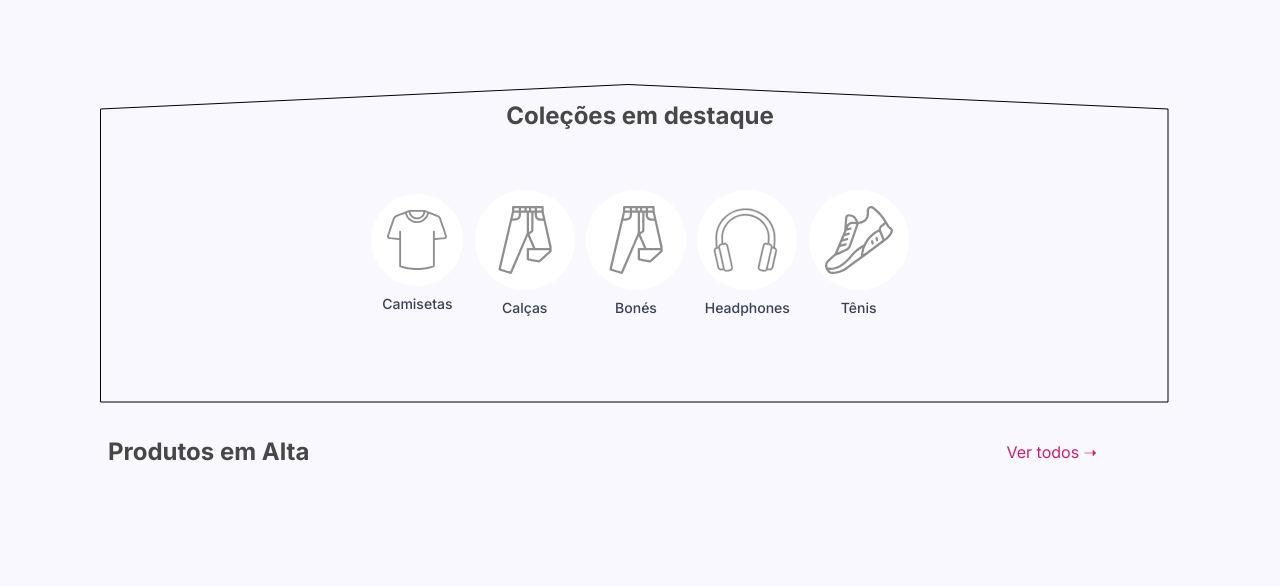
Repository: gimoli/loja-digital
Page: index.html
The author's editor kept a copy of each file at every save. The page is drawn from the files as they stood at one save, then again after the next save.
The browser window is 1280 px wide. The pictures show the part of the page from y = 1294 to 1880 px (the page is 1880 px tall).

Above is the page before, as saved 2025-04-25 14:56:34.

### index.html
<!DOCTYPE html>
<html lang="pt-br">
<head>
    <meta charset="UTF-8">
    <meta name="viewport" content="width=device-width, initial-scale=1.0">
    <title>Digital Store</title>
    <link href="./style.css" rel="stylesheet">
    <script src="https://cdn.jsdelivr.net/npm/@tailwindcss/browser@4"></script>
    <link rel="shortcut icon" href="/assets/Logo-Digital.svg" type="image/x-icon">
</head>
<body>
<header class="flex flex-col gap-12 px-[108px] py-[38px]">
    <div class="flex items-center justify-between">
        <div class="flex gap-1">
            <img src="/assets/Logo-Digital.svg" alt="Logo da Digital Store">
            <h1 class="text-4xl text-(--primary-color) font-semibold">Digital Store</h1>
        </div>
        <input type="text" placeholder="Pesquisar produto..." class="bg-(--light-gray-3) py-2 px-3 rounded-lg ml-40 mr-14
         bg-[url(/assets/search.svg)] bg-no-repeat bg-right focus:placeholder-transparent w-[560px] focus:outline-none"/>
        <div>
            <a href="#" class="bg-(--primary-color) text-white rounded-lg px-7 py-3 font-bold text-sm">
                Entrar
            </a>
        </div>
        <div class="relative">
            <img src="/assets/Carrinho-preto.svg" alt="Imagem de um carrinho de compras">
            <div class="flex justify-center items-center absolute bg-(--tertiary-color) text-white font-bold text-xs rounded-full w-[18px] h-[18px] bottom-[15px] left-3">
                2
            </div>
        </div>
    </div>
    </div>
    <nav class="pl-32">
        <ul class="flex gap-6 text-(--dark-gray-2)">
            <li class="hover:text-(--primary-color) hover:font-bold">
                <a href="#">
                Home
            </a>
        </li>
            <li class="hover:text-(--primary-color) hover:font-bold">
                <a href="#">
                Produtos
            </a>
        </li>
            <li class="hover:text-(--primary-color) hover:font-bold">
                <a href="#">
                Categorias
            </a>
        </li>
            <li class="hover:text-(--primary-color) hover:font-bold">
                <a href="#">
                Meus Pedidos
            </a>
        </li>
        </ul>
    </nav>
</header>
<main>
    <section class="flex px-[108px] bg-(--light-gray-3) py-[78px] h-[680px] relative">
        <div class="flex flex-col gap-5 w-[466px]">
            <p class="text-(--warnig-color) font-bold">
                Melhores ofertas personalizadas
            </p>
            <h2 class="font-extrabold text-6xl">
                Queima de estoque Nike 🔥
            </h2>
            <p class="text-(--dark-gray-2) text-lg">
                Consequat culpa exercitation mollit nisi excepteur do do tempor laboris eiusmod irure consectetur.
            </p>
            <a href="#" class="flex items-center justify-center bg-(--primary-color) text-(--light-gray-3) font-bold w-[210px] h-[48px] rounded-lg">
                Ver Ofertas
            </a>
        </div>
        <img src="/assets/White-Sneakers-PNG-Clipart 1.svg" alt="Foto de um tenis branco" class="absolute right-28 bottom-8"/>
        <img src="/assets/ornament.svg" alt="Firula do site - by wendell" class="absolute top-12 right-8">
    </section>

    <section class="flex flex-col gap-15 px-[108px] py-[42px] bg-(--sec-color)">
        <div class="flex flex-col gap-10">
            <h4 class="text-(--dark-gray-2) font-bold text-2xl">
                Coleções em destaque
            </h4>
            <ul class="grid grid-cols-3 gap-3.5 h-68">
                <li  class="flex bg-[#D8E3F2] pl-8 pt-8 rounded-md relative bg-[url(/assets/star-wars-shirt-pic.svg)] bg-no-repeat bg-bottom-right">
                    <div class="w-1/2 z-10">
                    <p class="bg-[#E7FF86] rounded-4xl font-bold text-(--dark-gray-2) w-[96px] text-center py-1.5 text-sm">
                        30% OFF
                    </p>
                    <h5 class="font-bold text-(--dark-gray) text-4xl mt-2.5 mb-8">
                        Novo drop Supreme
                    </h5>
                    <a href="#" class="text-(--primary-color) bg-white rounded-xl font-bold px-12 py-4.5">
                        Comprar
                    </a>
                </div>
                </li>
                <li  class="flex bg-[#D8E3F2] pl-8 pt-8 rounded-md relative bg-[url(/assets/sneaks-pic.svg)] bg-no-repeat bg-bottom-right">
                    <div class="w-1/2 z-10">
                    <p class="bg-[#E7FF86] rounded-4xl font-bold text-(--dark-gray-2) w-[96px] text-center py-1.5 text-sm">
                        30% OFF
                    </p>
                    <h5 class="font-bold text-(--dark-gray) text-4xl mt-2.5 mb-8">
                        Coleção Adidas
                    </h5>
                    <a href="#" class="text-(--primary-color) bg-white rounded-xl font-bold px-12 py-4.5">
                        Comprar
                    </a>
                </div>
                </li>
                <li  class="flex bg-[#D8E3F2] pl-8 pt-8 rounded-md relative bg-[url(/assets/headphone-pic.svg)] bg-no-repeat bg-bottom-right">
                    <div class="w-1/2 z-10">
                    <p class="bg-[#E7FF86] rounded-4xl font-bold text-(--dark-gray-2) w-[96px] text-center py-1.5 text-sm">
                        30% OFF
                    </p>
                    <h5 class="font-bold text-(--dark-gray) text-4xl mt-2.5 mb-8">
                        Novo<br> Beats Bass
                    </h5>
                    <a href="#" class="text-(--primary-color) bg-white rounded-xl font-bold px-12 py-4.5">
                        Comprar
                    </a>
                </div>
                </li>
            </ul>
        </div>

    </section>

    <section class="relative flex flex-col gap-15 px-[100px] py-[42px] bg-(--sec-color)">

        <div class="flex flex-col gap-10 relative">
            <img src="/assets/borda.svg" alt="foto da borda" class="absolute left-0 top-0 " />
            <h4 class="text-(--dark-gray-2) font-bold text-2xl text-center py-4">
                Coleções em destaque
            </h4>
        </div>
    </section>


        <section class="flex justify-evenly items-center px-90 bg-(--sec-color)">
            <div class="flex flex-col items-center">
        <div class="bg-(--white) rounded-full p-4 w-fit">
            <img src="assets/T-shirt.svg" alt="Foto da blus" class=" w-[60px] h-[60px] ">
        </div>
        <span class="mt-2 text-sm font-medium text-gray-700">Camisetas</span>
</div>
            <div class="flex flex-col items-center">
                <div class="bg-(--white) rounded-full p-4 w-fit">
                    <img src="assets/Pants.svg" alt="Foto da calça"  class=" w-17 h-17">
            </div>
                <span class="mt-2 text-sm font-medium text-gray-700">Calças</span>
            </div>

            <div class="flex flex-col items-center">
            <div class="bg-(--white) rounded-full p-4 w-fit">
              <img src="assets/Pants.svg" alt="era para ser o bone"  class=" w-17 h-17">
            </div>
            <span class="mt-2 text-sm font-medium text-gray-700">Bonés</span>
            </div>

            <div class="flex flex-col items-center">
            <div class="bg-(--white) rounded-full p-4 w-fit">
              <img src="assets/Headphones-colecoes-em-destaque.svg" alt="Foto do fone de ouvido"  class=" w-17 h-17">
            </div>
            <span class="mt-2 text-sm font-medium text-gray-700">Headphones</span>
            </div>

            <div class="flex flex-col items-center">
            <div class="bg-(--white) rounded-full p-4 w-fit">
              <img src="assets/Tenis.svg" alt="Foto do Tênis"  class=" w-17 h-17">
            </div>
            <span class="mt-2 text-sm font-medium text-gray-700">Tênis</span>
            </div>

    </section>
    <section class="flex flex-col gap-15 px-[108px] py-[42px] bg-(--sec-color)">
        <div class="flex flex-col gap-10">
            <div class="flex justify-between items-center">
                <h4 class="text-(--dark-gray-2) font-bold text-2xl py-19">
                    Produtos em Alta
                </h4>
                <a href="#" class="text-(--primary-color) mr-[75px]">
                    Ver todos ➝
                </a>
            </div>
        </div>
    </section>
</main>
</body>
</html>

### style.css
@import url('https://fonts.googleapis.com/css2?family=Inter:ital,opsz,wght@0,14..32,100..900;1,14..32,100..900&display=swap');

:root {
    --dark-gray: #1F1F1F;
    --dark-gray-2: #474747;
    --dark-gray-3: #666666;
    --light-gray: #8F8F8F;
    --light-gray-2: #CCCCCC;
    --light-gray-3: #F5F5F5;
    --white: #FFFFFF;
    --sec-color: #F9F8FE;
    --primary-color: #C92071;
    --secondary-color: #B5B6F2;
    --tertiary-color: #991956;
    --error-color: #EE4266;
    --success-color: #52CA76;
    --warnig-color: #F6AA1C;
    --primary-gradient: 180deg, #C92071, #EDABCA;
    --secondary-gradient: 180deg, #B5B6F2, #EFEFFF;
}

* {
    font-family: "Inter", sans-serif;
    box-sizing: border-box;
}

After the next save:
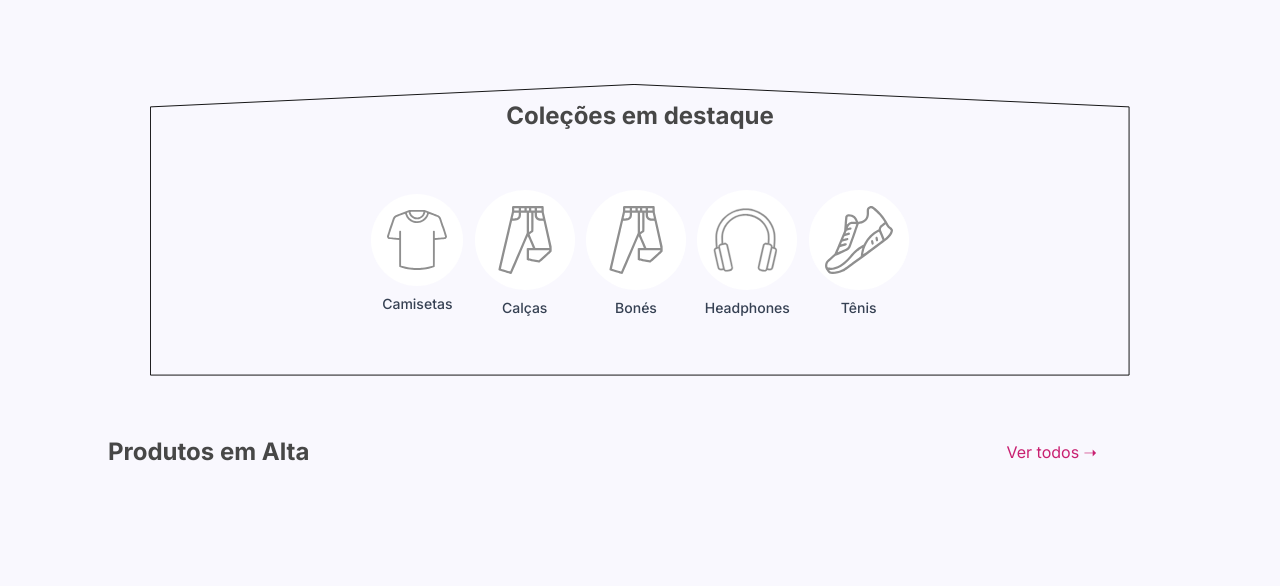
Saved 4 s later.
--- a/index.html
+++ b/index.html
@@ -125,7 +125,7 @@
 
     </section>
 
-    <section class="relative flex flex-col gap-15 px-[100px] py-[42px] bg-(--sec-color)">
+    <section class="relative flex flex-col gap-15 px-[150px] py-[42px] bg-(--sec-color)">
 
         <div class="flex flex-col gap-10 relative">
             <img src="/assets/borda.svg" alt="foto da borda" class="absolute left-0 top-0 " />
